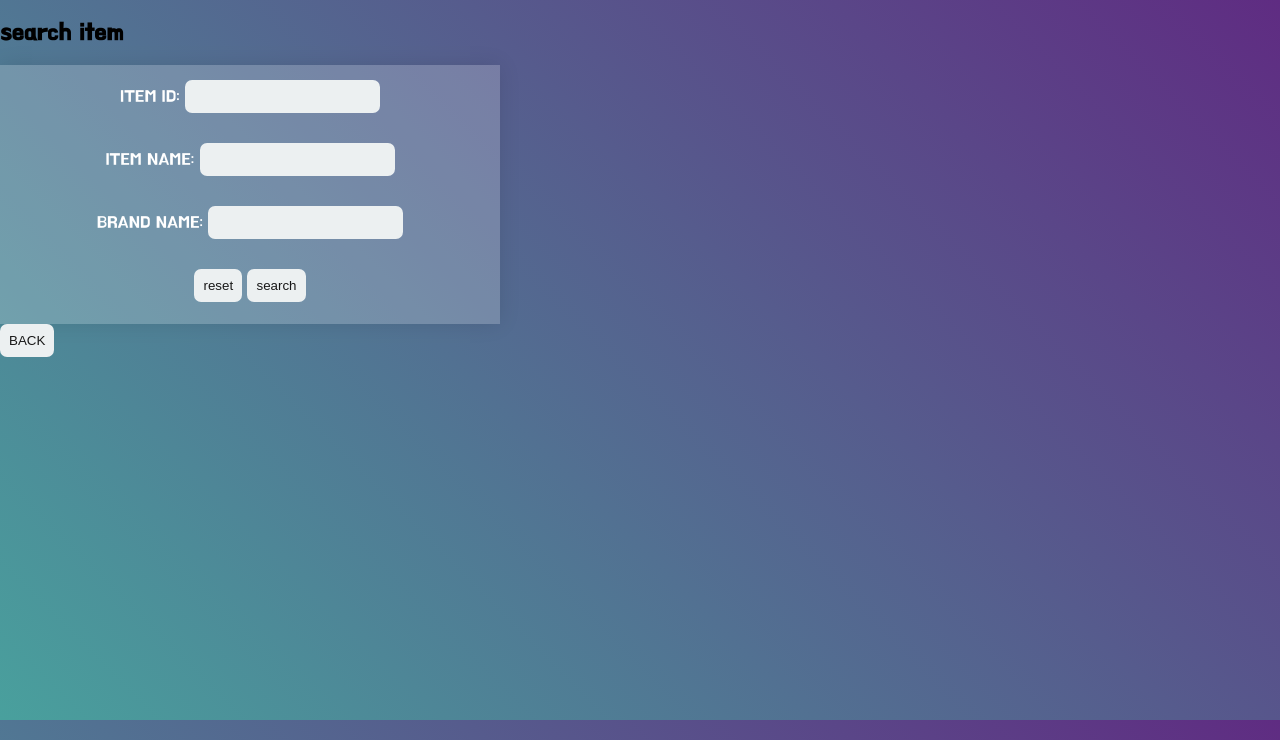
Repository: MIR013/KNU_DB_Project_Team5
Page: dbphase/Databaase/WebContent/search_item.html
An editor plug-in stored every save of this project. The page is shown before and after the next save, followed by the edit.
The browser window is 1280 px wide. The pictures show the whole page.

Above is the page before, as saved 2018-11-22 09:58:50.

After the next save:
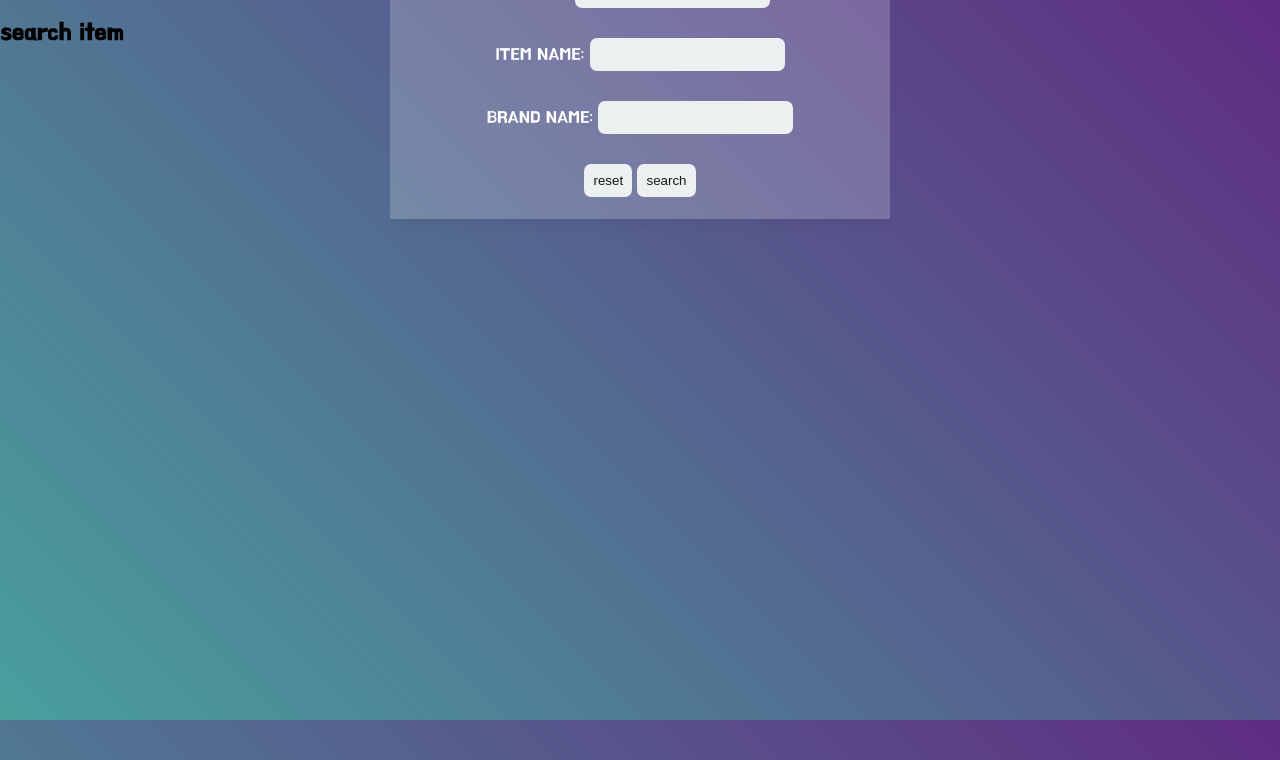
Saved 28 s later.
--- a/dbphase/Databaase/WebContent/search_item.html
+++ b/dbphase/Databaase/WebContent/search_item.html
@@ -8,6 +8,7 @@
 <body>
 <h2>search item</h2>
 <form action="search_item_result.jsp" method="POST">
+	<div class="container">
 	<table>
 			<tr>
 				<td>   ITEM ID: <input type="text" name="itemID"/></td>
@@ -23,10 +24,13 @@
 			</tr>
 
 	</table>
+	</div>
 	</form>
 
 	<form action="main_page.jsp" method="POST">
+	<div class="container">
 			<input type="submit" value="BACK"/>
+	</div>
 	</form>
 
 
